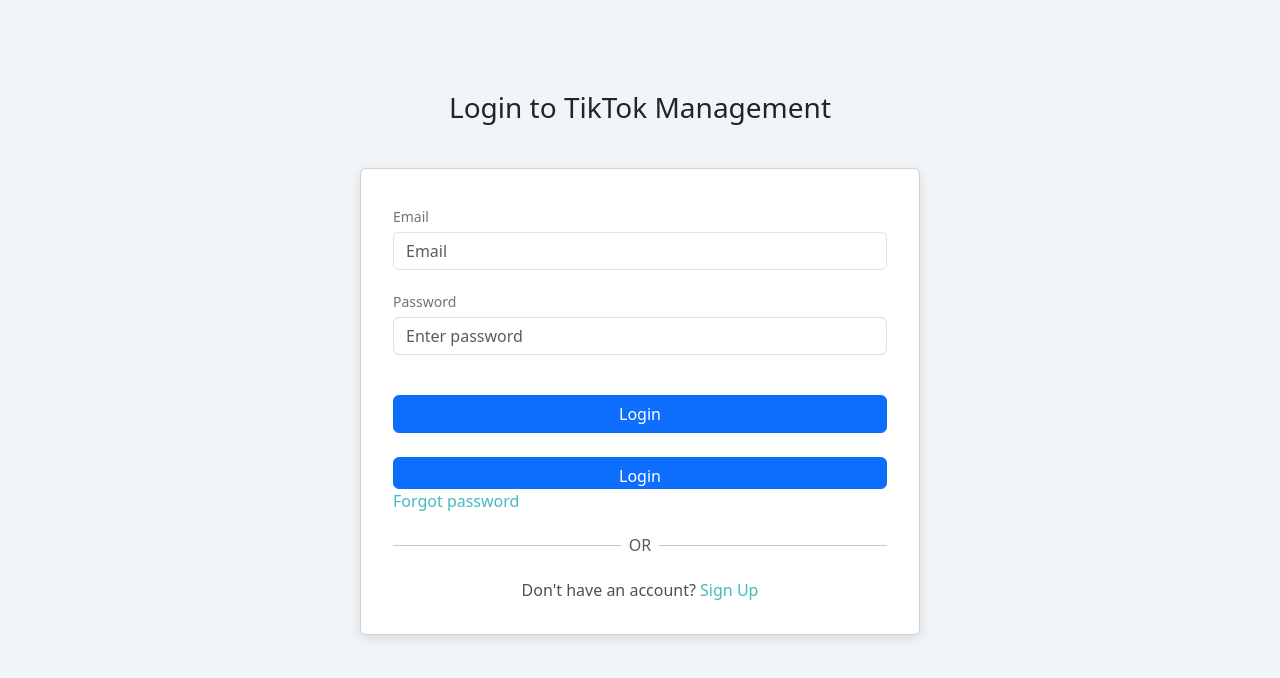
Repository: chaolaolo/tikcrm-fe
Page: /
These files come from the project's save history. The page is drawn as it stood at one moment and after the next save; the edit follows.
The browser window is 1280 px wide. The pictures show the whole page.
The project was rebuilt for these pictures with package versions that can differ from the ones it lists, and the page was loaded fresh each time. Also part of the build but not shown: vite.config.ts, src/pages/Home/Settings.tsx, src/pages/Home/HomePage.tsx. Imported but missing from the stored project, and not drawn on this page: src/pages/Home/Dashboard, src/pages/Register/RegisterPage.

Above is the page before, as saved 2025-05-22 22:53:40.

### src/main.tsx
import React, { StrictMode } from 'react'
import ReactDOM from 'react-dom/client';
import { createRoot } from 'react-dom/client'
import './index.css'
import { BrowserRouter } from 'react-router-dom';
import { AuthProvider } from './store/AuthContext.tsx';
import App from './App.tsx'
import 'antd/dist/reset.css';
import 'bootstrap/dist/css/bootstrap.min.css';
import 'bootstrap/dist/js/bootstrap.bundle.min.js';

ReactDOM.createRoot(document.getElementById('root')!).render(
  <React.StrictMode>
    <AuthProvider>
      <BrowserRouter>
        <App />
      </BrowserRouter>
    </AuthProvider>
  </React.StrictMode>
)

### src/store/AuthContext.tsx
import React, { createContext, useContext, useState, type ReactNode } from 'react';

interface AuthContextProps {
  isLoggedIn: boolean;
  login: () => void;
  logout: () => void;
}

const AuthContext = createContext<AuthContextProps | undefined>(undefined);

export const AuthProvider = ({ children }: { children: ReactNode }) => {
  const [isLoggedIn, setIsLoggedIn] = useState(false);

  const login = () => setIsLoggedIn(true);
  const logout = () => setIsLoggedIn(false);

  return (
    <AuthContext.Provider value={{ isLoggedIn, login, logout }}>
      {children}
    </AuthContext.Provider>
  );
};

export const useAuth = () => {
  const context = useContext(AuthContext);
  if (!context) throw new Error('useAuth must be used within AuthProvider');
  return context;
};

### src/App.tsx
import { useState } from 'react'
import reactLogo from './assets/react.svg'
import viteLogo from '/vite.svg'
import './App.css'
import { useAuth } from './store/AuthContext';
import { Navigate, Route, Routes } from 'react-router-dom';
import LoginPage from './pages/Auth/LoginPage';
import RegisterPage from './pages/Register/RegisterPage';
import HomePage from './pages/Home/HomePage';
import 'bootstrap/dist/css/bootstrap.min.css';
import 'bootstrap/dist/js/bootstrap.bundle.min.js';
import 'antd/dist/reset.css'

const App = () => {
  const { isLoggedIn } = useAuth();

  return (
    <Routes>
      <Route path="/login" element={<LoginPage />} />
      <Route path="/register" element={<RegisterPage />} />
      <Route path="/forgot-password" element={<RegisterPage />} />
      <Route
        path="/home/*"
        element={isLoggedIn ? <HomePage /> : <Navigate to="/login" />}
      />
      <Route path="*" element={<Navigate to={isLoggedIn ? "/home" : "/login"} />} />
    </Routes>
  );
};

export default App;

### src/pages/Auth/LoginPage.tsx
import React from 'react';
import 'bootstrap/dist/css/bootstrap.min.css';
import { Link } from 'react-router-dom';
import Divider from '../../core/Divider/Divider';
import { Button } from 'antd';

const LoginPage: React.FC = () => {
  return (
    <div style={{
      backgroundColor: '#f1f5f7', // Màu light của Bootstrap
      position: 'fixed',
      top: 0,
      left: 0,
      right: 0,
      bottom: 0,
      overflow: 'auto'
    }}>
      <div className="d-flex justify-content-center align-items-center min-vh-100 p-3">
        <div className="w-100" style={{ maxWidth: '600px', }}>
          <p className="text-center mb-8 fs-3 fw-normal">Login to TikTok Management</p>
          <div className="card p-8 " style={{
            marginTop: '40px',
            marginLeft: '20px',
            marginRight: '20px',
            backgroundColor: 'white',
            boxShadow: '0 4px 12px rgba(0, 0, 0, 0.1)'
          }}>
            <form>
              <div className="mb-3 text-start">
                <label htmlFor="email" className="col-sm-2 col-form-label col-form-label-sm text-secondary">Email</label>
                <input
                  type="email"
                  className="form-control"
                  id="email"
                  placeholder="Email"
                />
              </div>

              <div className="mb-3 text-start">
                <label htmlFor="password" className="col-sm-2 col-form-label col-form-label-sm text-secondary">Password</label>
                <input
                  type="password"
                  className="form-control"
                  id="password"
                  placeholder="Enter password"
                />
              </div>

              <button type="submit" className="btn btn-primary w-100 mt-4">Login</button>
              <Button type="submit" className="btn btn-primary w-100 mt-4">Login</Button>
              <div className="mb-3 text-start">
                <Link to="/forgot-password"
                  className="text-decoration-none fw-normal" style={{ fontSize: '16px', color: '#47bac1' }}>
                  Forgot password
                </Link>
                {/* <a href="#forgot-password" className=" text-decoration-none">Forgot password</a> */}
              </div>

              <div className="d-flex align-items-center mb-3">
                <hr className="flex-grow-1" />
                <span className="px-2 text-muted">OR</span>
                <hr className="flex-grow-1" />
              </div>

              <div className="text-center">
                <span className='text-light-emphasis'>Don't have an account? </span>
                <Link to="/register"
                  className="text-decoration-none  fw-normal" style={{ fontSize: '16px', color: '#47bac1' }}>
                  Sign Up
                </Link>
                {/* <a href="#signup" className="text-decoration-none">Sign up</a> */}
              </div>
            </form>
          </div>
        </div>
      </div>
    </div>
  );
};

export default LoginPage;

Loaded but not shown: index.html (common file); src/index.css (common file); src/App.css (common file)

After the next save:
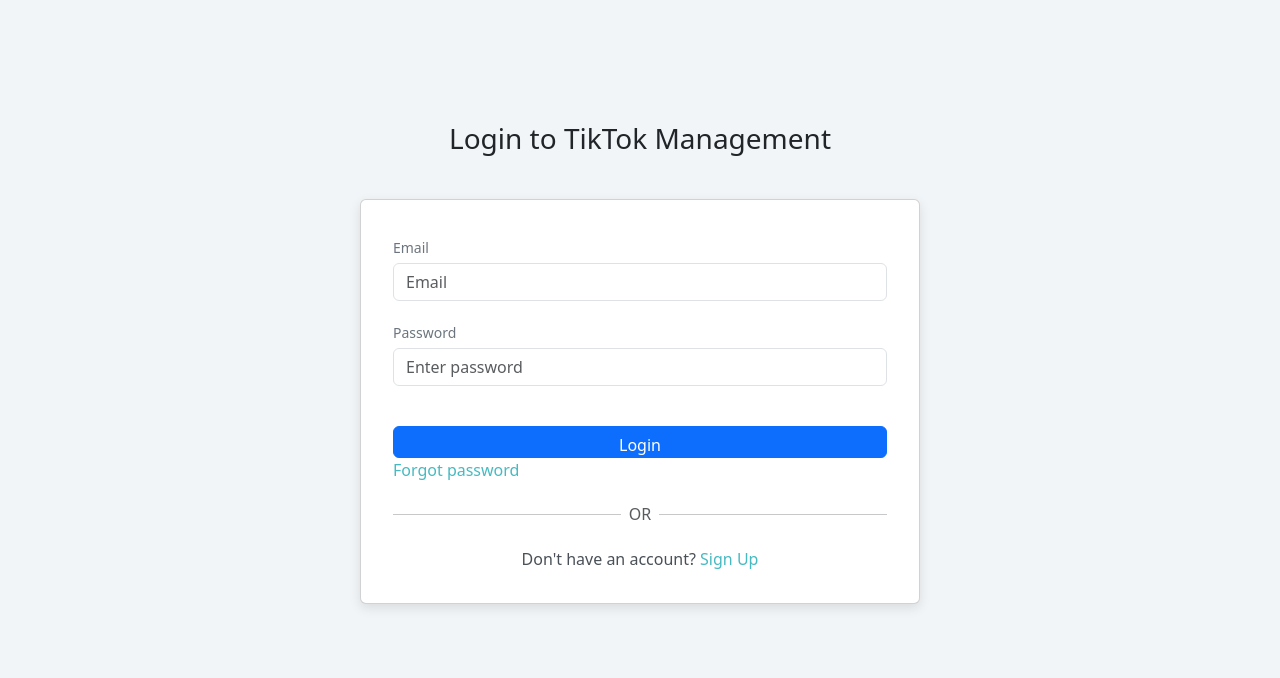
Saved 5 s later.
--- a/src/pages/Auth/LoginPage.tsx
+++ b/src/pages/Auth/LoginPage.tsx
@@ -46,7 +46,7 @@
                 />
               </div>
 
-              <button type="submit" className="btn btn-primary w-100 mt-4">Login</button>
+              {/* <button type="submit" className="btn btn-primary w-100 mt-4">Login</button> */}
               <Button type="submit" className="btn btn-primary w-100 mt-4">Login</Button>
               <div className="mb-3 text-start">
                 <Link to="/forgot-password"
